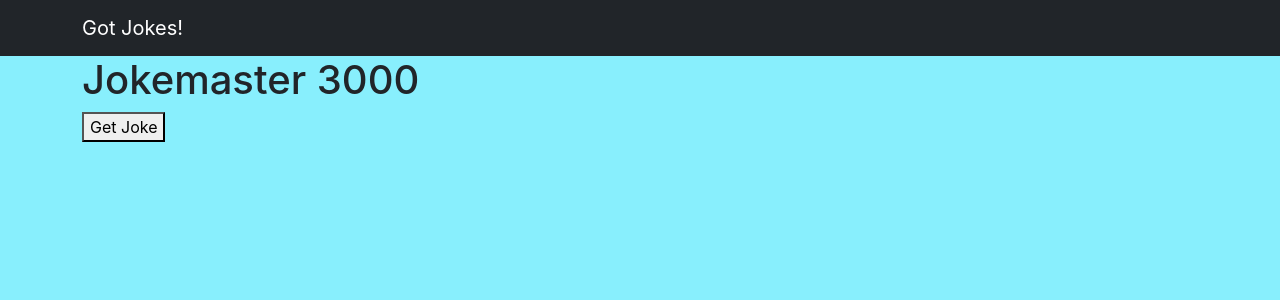
Repository: jontslater/LAB-joke-generator-react
Page: /
An editor plug-in stored every save of this project. The page is shown before and after the next save, followed by the edit.
The browser window is 1280 px wide. The pictures show the whole page.
The page's requests for data from a server got no answer. The project was rebuilt for these pictures with package versions that can differ from the ones it lists, and the page was loaded fresh each time. The framework's server and built-in components were replaced by stand-ins that run in the browser. No one was signed in, and anything a server would have sent is missing. Also part of the build but not shown: next.config.js.

Above is the page before, as saved 2024-01-09 15:59:18.

After the next save:
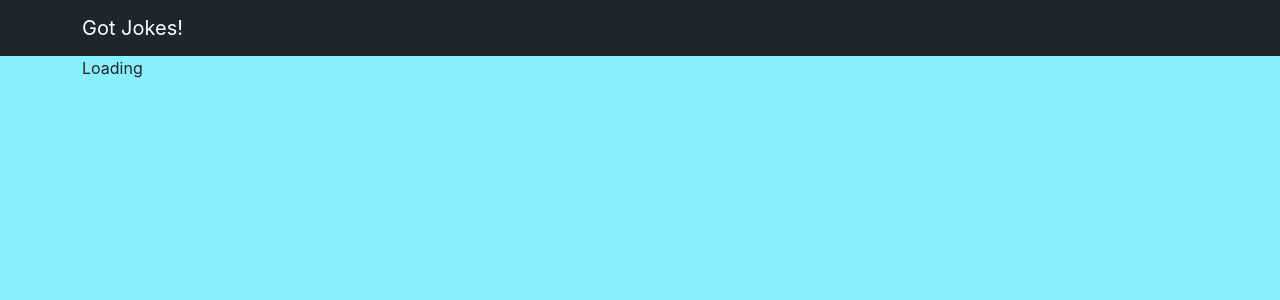
Saved 54 s later.
--- a/components/Jokes.js
+++ b/components/Jokes.js
@@ -13,7 +13,7 @@ function Jokes() {
   }, []);
 
   if (isLoading) {
-    <p>Loading</p>;
+    return <p>Loading</p>;
   }
   return (
     <>
